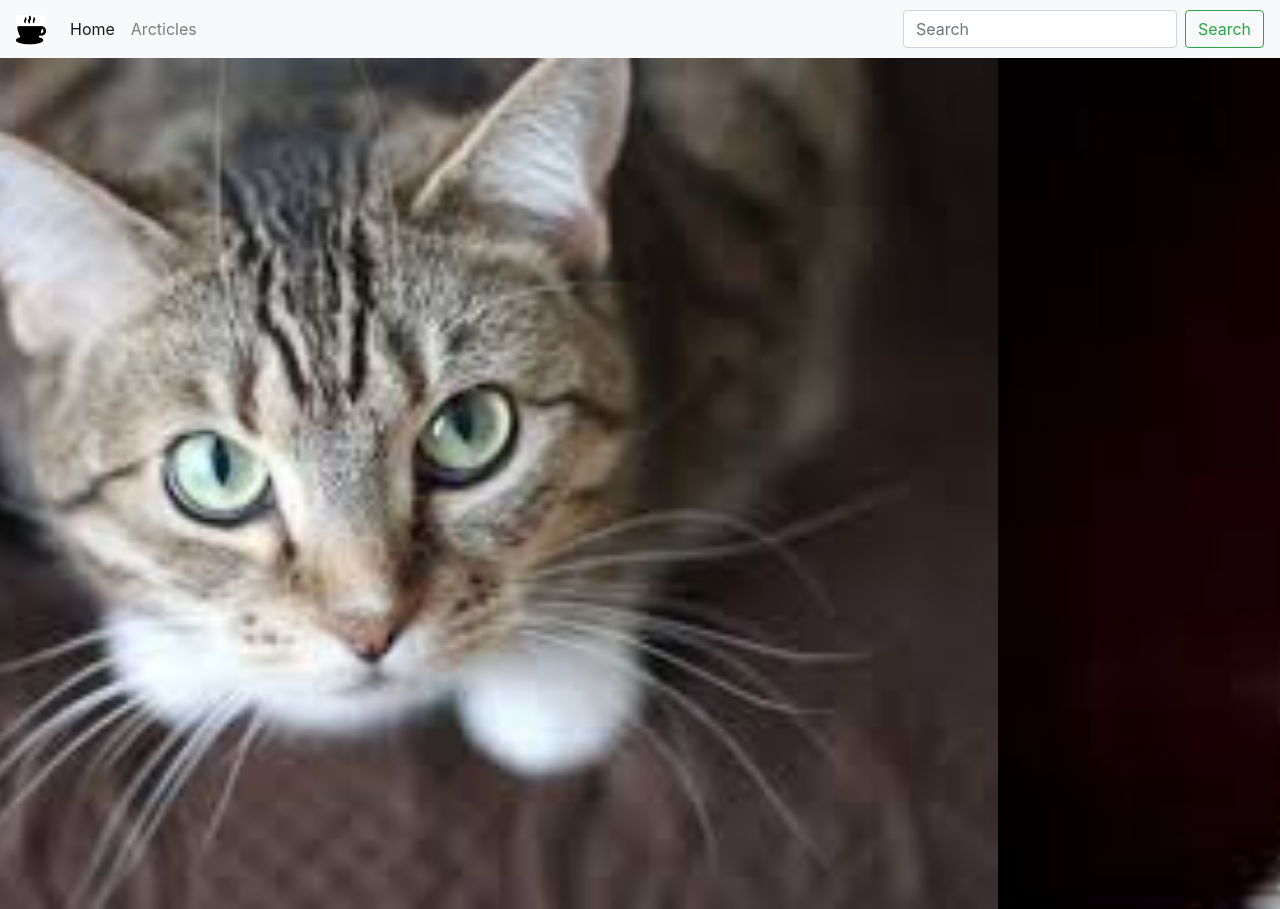
Repository: robertscirulis/galaDarbs
Page: index.html
These files come from the project's save history. The page is drawn as it stood at one moment and after the next save; the edit follows.
The browser window is 1280 px wide. The pictures show the whole page.

Above is the page before, as saved 2018-09-27 14:40:29.

### index.html
<!DOCTYPE html>
<html lang="en">

<head>
    <meta charset="UTF-8">
    <meta name="viewport" content="width=device-width, initial-scale=1.0">
    <meta http-equiv="X-UA-Compatible" content="ie=edge">
    <title>Document</title>
    <link rel="stylesheet" href="https://stackpath.bootstrapcdn.com/bootstrap/4.1.3/css/bootstrap.min.css" integrity="sha384-MCw98/SFnGE8fJT3GXwEOngsV7Zt27NXFoaoApmYm81iuXoPkFOJwJ8ERdknLPMO"
        crossorigin="anonymous">
</head>

<body>

    <nav class="navbar navbar-expand-lg navbar-light bg-light">
        <a class="navbar-brand" href="#">
            <img src="data:[embedded picture, 3642 characters]"
                width="30" height="30" alt="">
        </a>

        <button class="navbar-toggler" type="button" data-toggle="collapse" data-target="#navbarSupportedContent" aria-controls="navbarSupportedContent"
            aria-expanded="false" aria-label="Toggle navigation">
            <span class="navbar-toggler-icon"></span>
        </button>

        <div class="collapse navbar-collapse" id="navbarSupportedContent">
            <ul class="navbar-nav mr-auto">
                <li class="nav-item active">
                    <a class="nav-link" href="#">Home <span class="sr-only">(current)</span></a>
                </li>
                <li class="nav-item">
                    <a class="nav-link" href="#">Arcticles</a>
                </li>

            </ul>
            <form class="form-inline my-2 my-lg-0">
                <input class="form-control mr-sm-2" type="search" placeholder="Search" aria-label="Search">
                <button class="btn btn-outline-success my-2 my-sm-0" type="submit">Search</button>
            </form>
        </div>
    </nav>

    <div id="carouselExampleSlidesOnly" class="carousel slide" data-ride="carousel">
        <div class="carousel-inner">
            <div class="carousel-item active">
                <img class="d-block w-100" src="data:[embedded picture, 9139 characters]"
                    alt="First slide">
            </div>
            <div class="carousel-item">
                <img class="d-block w-100" src="data:[embedded picture, 7943 characters]"
                    alt="Second slide">
            </div>
            <div class="carousel-item">
                <img class="d-block w-100" src="https://cdn.newsapi.com.au/image/v1/d8fc3cab5cf96baa4691f53802eda1ff" alt="Third slide">
            </div>
        </div>
    </div>

    <span>

    </span>

    <span>

    </span>

    <span>

    </span>




    <script src="https://code.jquery.com/jquery-3.3.1.slim.min.js" integrity="sha384-q8i/X+965DzO0rT7abK41JStQIAqVgRVzpbzo5smXKp4YfRvH+8abtTE1Pi6jizo"
        crossorigin="anonymous"></script>
    <script src="https://cdnjs.cloudflare.com/ajax/libs/popper.js/1.14.3/umd/popper.min.js" integrity="sha384-ZMP7rVo3mIykV+2+9J3UJ46jBk0WLaUAdn689aCwoqbBJiSnjAK/l8WvCWPIPm49"
        crossorigin="anonymous"></script>
    <script src="https://stackpath.bootstrapcdn.com/bootstrap/4.1.3/js/bootstrap.min.js" integrity="sha384-ChfqqxuZUCnJSK3+MXmPNIyE6ZbWh2IMqE241rYiqJxyMiZ6OW/JmZQ5stwEULTy"
        crossorigin="anonymous"></script>
    <script src="js/main.js" type="text/javascript"></script>
</body>

</html>

Loaded but not shown: js/main.js (no copy from this time; the picture is the same without it)

After the next save:
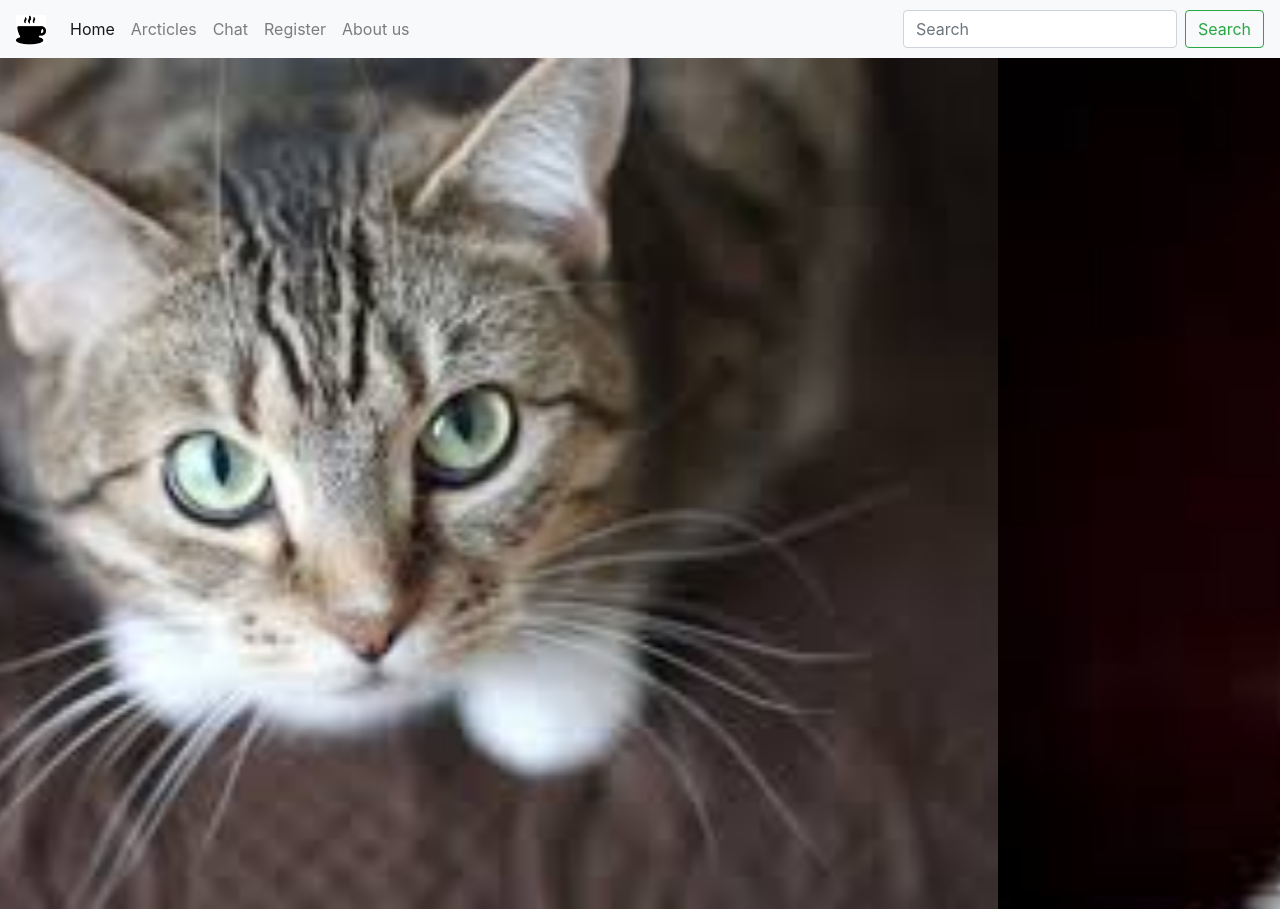
Saved 78 s later.
--- a/index.html
+++ b/index.html
@@ -30,6 +30,15 @@
                 </li>
                 <li class="nav-item">
                     <a class="nav-link" href="#">Arcticles</a>
+                </li>
+                <li class="nav-item">
+                    <a class="nav-link" href="#">Chat</a>
+                </li>
+                <li class="nav-item">
+                    <a class="nav-link" href="#">Register</a>
+                </li>
+                <li class="nav-item">
+                    <a class="nav-link" href="#">About us</a>
                 </li>
 
             </ul>
